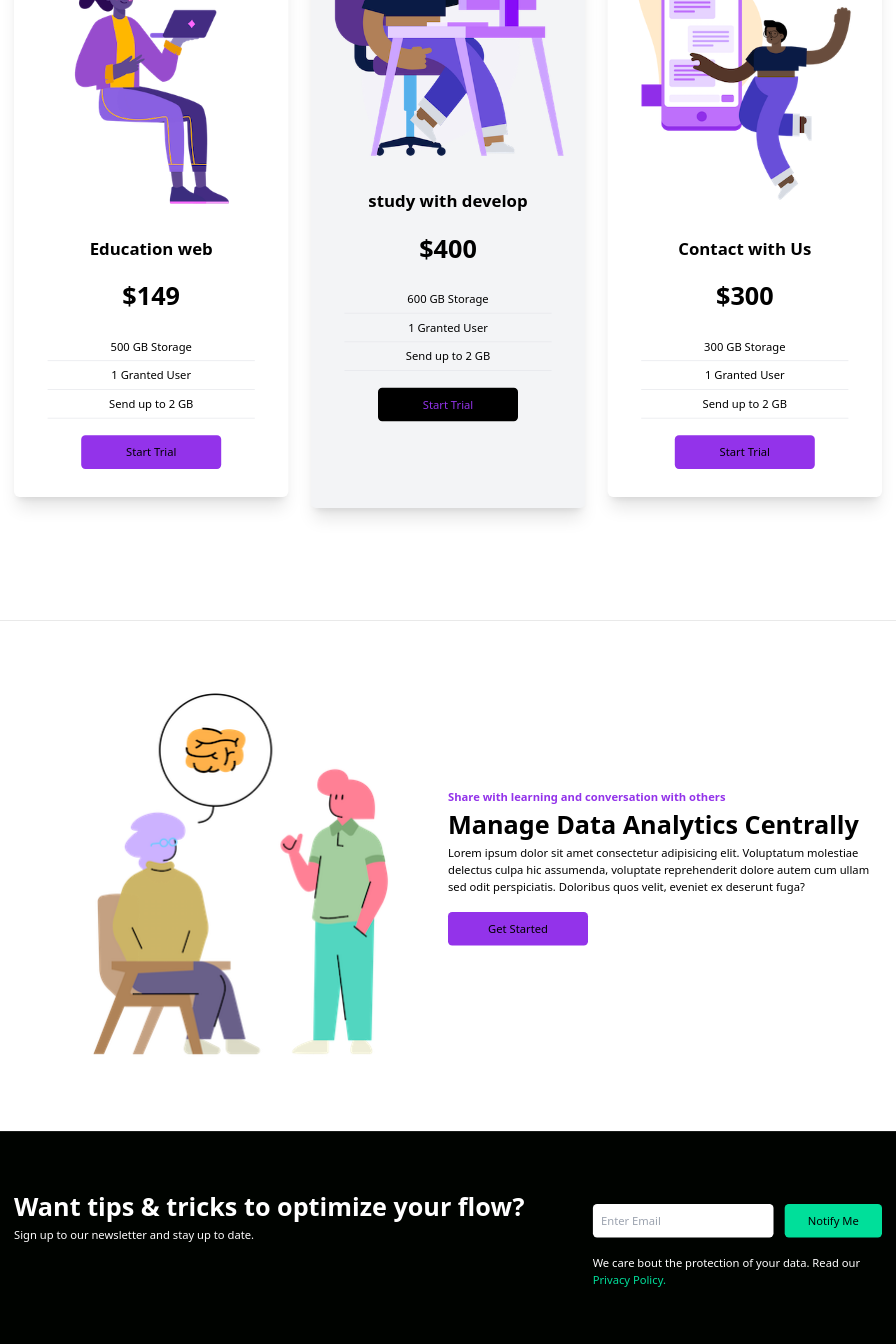
Repository: OmniaRafat232111121/tailwindreact
Page: /
These files come from the project's save history. The page is drawn as it stood at one moment and after a run of saves; the edit follows.
The browser window is 1280 px wide. The pictures show the part of the page from y = 957 to 2877 px (the page is 2877 px tall), at 70% of full size.
The project was rebuilt for these pictures with package versions that can differ from the ones it lists, and the page was loaded fresh each time.

Above is the page before, as saved 2022-09-11 13:50:12.

### src/index.js
import React from 'react';
import ReactDOM from 'react-dom/client';
import './index.css';
import App from './App';
import 'animate.css';
const root = ReactDOM.createRoot(document.getElementById('root'));
root.render(
  <React.StrictMode>
    <App />
  </React.StrictMode>
);

### src/App.js
import React from 'react';
import Analytics from './components/Analytics';
// import Analytics from './components/Analytics';
 import Cards from './components/Cards';
// import Footer from './components/Footer';
 import Hero from './components/Hero';
import Navbar from './components/Navbar';
import Newsletter from './components/Newsletter';
// import Newsletter from './components/Newsletter';

function App() {
  return (
    <div>
      <Navbar />
      <Hero/>
      <Cards/>
      <Analytics/>
      <Newsletter/>

    </div>
  );
}

export default App;

### src/components/Analytics.jsx
import React from 'react';
import Laptop from '../assets/Lifesavers - Consulting.png';

const Analytics = () => {
  return (
    <div className='w-full  bg-white py-16 px-4'>
      <div className='   max-w-[1240px] mx-auto grid md:grid-cols-2'>
        <img className=' w-[500px] mx-auto my-4' src={Laptop} alt='/' />
        <div className='flex flex-col justify-center'>
          <p className='text-purple-600 font-bold '>Share with learning and conversation with others</p>
          <h1 className='md:text-4xl sm:text-3xl text-2xl font-bold py-2'>Manage Data Analytics Centrally</h1>
          <p>
            Lorem ipsum dolor sit amet consectetur adipisicing elit. Voluptatum
            molestiae delectus culpa hic assumenda, voluptate reprehenderit
            dolore autem cum ullam sed odit perspiciatis. Doloribus quos velit,
            eveniet ex deserunt fuga?
          </p>
          <button className='bg-purple-600 text-black w-[200px] rounded-md font-medium my-6 mx-auto md:mx-0 py-3'>Get Started</button>
        </div>
      </div>
    </div>
  );
};

export default Analytics;

### src/components/Cards.jsx
import React from 'react';
import Single from '../assets/Dayflow - Sitting (1).png'
import Double from '../assets/Happy Bunch - Desk.png'
import Triple from '../assets/Happy Bunch - Chat.png'

const Cards = () => {
  return (
    <div className='w-full py-[10rem] px-4 bg-white'>
      <div className='max-w-[1240px] mx-auto grid md:grid-cols-3 gap-8'>
          <div className='w-full shadow-xl flex flex-col p-4 my-4 rounded-lg hover:scale-105 duration-300'>
              <img className='w-25 mx-auto mt-[-3rem] bg-white' src={Single} alt="/" />
              <h2 className='text-2xl font-bold text-center py-8'>Education web</h2>
              <p className='text-center text-4xl font-bold'>$149</p>
              <div className='text-center font-medium'>
                  <p className='py-2 border-b mx-8 mt-8'>500 GB Storage</p>
                  <p className='py-2 border-b mx-8'>1 Granted User</p>
                  <p className='py-2 border-b mx-8'>Send up to 2 GB</p>
              </div>
              <button className='bg-purple-600 w-[200px] rounded-md font-medium my-6 mx-auto px-6 py-3'>Start Trial</button>
          </div>
          <div className='w-full shadow-xl bg-gray-100 flex flex-col p-4 md:my-0 my-8 rounded-lg hover:scale-105 duration-300'>
              <img className=' w-25 mx-auto mt-[-3rem] bg-transparent' src={Double} alt="/" />
              <h2 className='text-2xl font-bold text-center py-8'>study with develop</h2>
              <p className='text-center text-4xl font-bold'>$400</p>
              <div className='text-center font-medium'>
                  <p className='py-2 border-b mx-8 mt-8'>600 GB Storage</p>
                  <p className='py-2 border-b mx-8'>1 Granted User</p>
                  <p className='py-2 border-b mx-8'>Send up to 2 GB</p>
              </div>
              <button className='bg-black text-purple-600 w-[200px] rounded-md font-medium my-6 mx-auto px-6 py-3'>Start Trial</button>
          </div>
          <div className='w-full shadow-xl flex flex-col p-4 my-4 rounded-lg hover:scale-105 duration-300'>
              <img className='w-25 mx-auto mt-[-3rem] bg-white' src={Triple} alt="/" />
              <h2 className='text-2xl font-bold text-center py-8'>Contact with Us</h2>
              <p className='text-center text-4xl font-bold'>$300</p>
              <div className='text-center font-medium'>
                  <p className='py-2 border-b mx-8 mt-8'>300 GB Storage</p>
                  <p className='py-2 border-b mx-8'>1 Granted User</p>
                  <p className='py-2 border-b mx-8'>Send up to 2 GB</p>
              </div>
              <button className='bg-purple-600 w-[200px] rounded-md font-medium my-6 mx-auto px-6 py-3'>Start Trial</button>
          </div>

      </div>
    </div>
  );
};

export default Cards;

### src/components/Hero.jsx
import React from 'react';
import Typed from 'react-typed';
const Hero = () => {
  return (
    <div className='text-white'>
      <div className='max-w-[800px] mt-[-96px] w-full h-screen mx-auto text-center flex flex-col justify-center'>
        <p className='text-purple-600 font-bold p-2'>
          GROWING WITH WebDevelopment
        </p>
        <h1 className='md:text-5xl sm:text-6xl text-4xl font-bold md:py-6'>
          Grow with FrontendDeveloper.
        </h1>
        <div className='flex justify-center items-center'>
          <p className='md:text-4xl sm:text-4xl text-xl font-bold py-4'>
            ReactJs,Typescript
          </p>
          <Typed
          className='md:text-3xl sm:text-4xl text-xl font-bold md:pl-4 pl-2'
            strings={['Hooks', 'practical', 'Formik','icons']}
            typeSpeed={120}
            backSpeed={140}
            loop
          />
        </div>
        <p className='md:text-2xl text-xl font-bold text-gray-500'>Monitor your website analytics to increase knowledge platforms.</p>
        <button className='bg-purple-600 w-[200px]   rounded-md font-medium my-6 mx-auto py-3 text-black'>Get Started</button>
      </div>
    </div>
  );
};

export default Hero;

### src/components/Navbar.jsx
import React, { useState } from 'react';
import { AiOutlineClose, AiOutlineMenu } from 'react-icons/ai';

const Navbar = () => {
    const [nav, setNav] = useState(false);

    const handleNav = () => {
      setNav(!nav);
    };

  return (
    <div className=' flex justify-around items-center  text-white h-24 max-w-[1240px] px-4 mx-auto'>
      <h1 className='  animate__animated animate__animated animate__backInRight w-full text-3xl font-bold text-purple-600'>REACT.</h1>
      <ul className='hidden md:flex  animate__animated animate__animated animate__backInRight'>
        <li className='p-4 border-purple-600  hover:border-b-2 '>Home</li>
        <li className='p-4 border-purple-600  hover:border-b-2'>Company</li>
        <li className='p-4 border-purple-600  hover:border-b-2 '>Resources</li>
        <li className='p-4 border-purple-600  hover:border-b-2'>About</li>
        <li className='p-4 border-purple-600  hover:border-b-2 '>Contact</li>
      </ul>
      <div onClick={handleNav} className='block md:hidden'>
      {nav ? <AiOutlineClose size={20}/> : <AiOutlineMenu size={20} />}
  </div>
  <div >
  <ul className={nav ? 'fixed left-0 top-0 w-[50%] min-h-[50%] border-r border-r-gray-900 bg-[#000300] ease-in-out duration-500' : 'ease-in-out duration-500 fixed left-[-100%]'}>
  <h1 className='w-full text-3xl font-bold text-purple-600 m-4'>REACT.</h1>
      <li className='p-4  border-purple-600  hover:border-b-4'>Home</li>
      <li className='p-4  border-purple-600  hover:border-b-4'>Company</li>
      <li className='p-4  border-purple-600  hover:border-b-4'>Resources</li>
      <li className='p-4  border-purple-600  hover:border-b-4'>About</li>
      <li className='p-4'>Contact</li>
  </ul>
  </div>
</div>
  );
};

export default Navbar;

### src/components/Newsletter.jsx
import React from 'react';

const Newsletter = () => {
  return (
    <div className='w-full py-16 text-white px-4'>
      <div className='max-w-[1240px] mx-auto grid lg:grid-cols-3'>
        <div className='lg:col-span-2 my-4'>
          <h1 className='md:text-4xl sm:text-3xl text-2xl font-bold py-2'>
            Want tips & tricks to optimize your flow?
          </h1>
          <p>Sign up to our newsletter and stay up to date.</p>
        </div>
        <div className='my-4'>
          <div className='flex flex-col sm:flex-row items-center justify-between w-full'>
            <input
              className='p-3 flex w-full rounded-md text-black'
              type='email'
              placeholder='Enter Email'
            />
            <button className='bg-[#00df9a] text-black rounded-md font-medium w-[200px] ml-4 my-6 px-6 py-3'>
              Notify Me
            </button>
          </div>
          <p>
            We care bout the protection of your data. Read our{' '}
            <span className='text-[#00df9a]'>Privacy Policy.</span>
          </p>
        </div>
      </div>
    </div>
  );
};

export default Newsletter;

### tailwind.config.js
module.exports = {
  content: ['./src/**/*.{js,jsx,ts,tsx}'],
  theme: {
    extend: {},
    animation: {
      wiggle: 'wiggle 1s ease-in-out infinite',
    }
  },
  plugins: [],
};

Loaded but not shown: public/index.html (common file); src/index.css (common file)

After the next 7 saves:
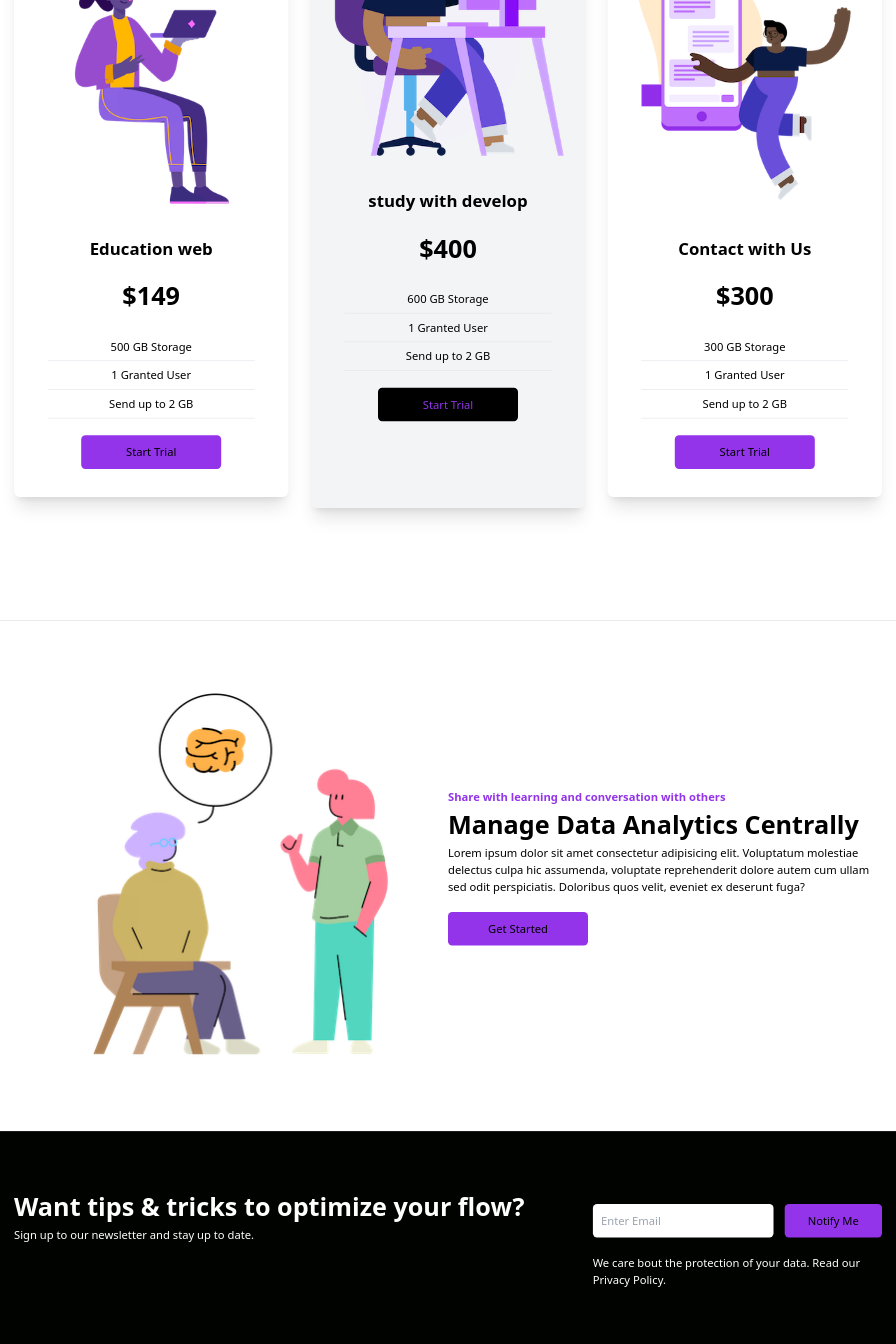
The 7 saves are shown as one change because they came seconds apart.
The last was saved 24 s later.
--- a/src/components/Newsletter.jsx
+++ b/src/components/Newsletter.jsx
@@ -17,13 +17,13 @@ const Newsletter = () => {
               type='email'
               placeholder='Enter Email'
             />
-            <button className='bg-[#00df9a] text-black rounded-md font-medium w-[200px] ml-4 my-6 px-6 py-3'>
+            <button className='bg-purple-600 text-black rounded-md font-medium w-[200px] ml-4 my-6 px-6 py-3'>
               Notify Me
             </button>
           </div>
           <p>
             We care bout the protection of your data. Read our{' '}
-            <span className='text-[#00df9a]'>Privacy Policy.</span>
+            <span className='text-p'>Privacy Policy.</span>
           </p>
         </div>
       </div>
